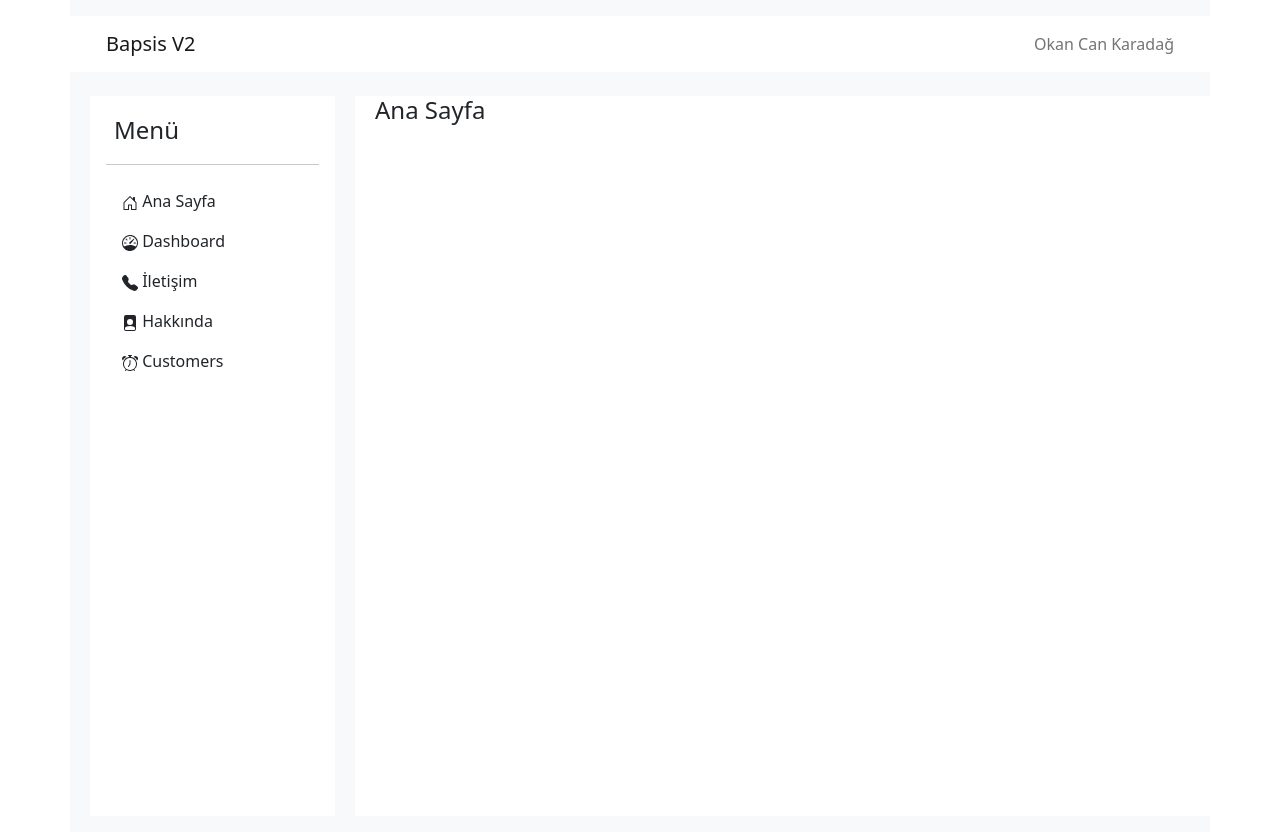
Repository: okankrdg/ReactCoreTemplate
Page: / (app in ReactCoreTemplate/client/)
The author's editor kept a copy of each file at every save. The page is drawn from the files as they stood at one save, then again after the next save.
The browser window is 1280 px wide. The pictures show the whole page.
The project was rebuilt for these pictures with package versions that can differ from the ones it lists, and the page was loaded fresh each time. Also part of the build but not shown: ReactCoreTemplate/client/src/App.css.

Above is the page before, as saved 2021-09-06 23:31:59.

### ReactCoreTemplate/client/src/App.js
import "./App.css";
import Layout from "./components/Layout";
import { Route, Switch } from "react-router-dom";
import { About, Dashboard, Home, Contact } from "./Pages/NavLinkComps";
function App() {
  return (
    <Layout>
      <div className="col-md-9 bg-white mx-2">
        <Switch>
          <Route path="/about">
            <About />
          </Route>
          <Route path="/dashboard">
            <Dashboard />
          </Route>
          <Route exact path="/">
            <Home />
          </Route>
          <Route path="/contact">
            <Contact />
          </Route>
        </Switch>
      </div>
    </Layout>
  );
}

export default App;

### ReactCoreTemplate/client/src/components/Layout.js
import Header from "./Header";
import NavigationMenu from "./NavigationMenu";
import "../dist/bootstrap/bootstrap.min.css";
const Layout = ({ children }) => {
  return (
    <div className="container">
      <div className="row py-3" style={{ backgroundColor: "#f8f9fa" }}>
        <Header />
        <div className="col-3">
          <div className="sticky-top">
            <NavigationMenu />
          </div>
        </div>
        <div className="col bg-white">{children}</div>
      </div>
    </div>
  );
};
export default Layout;

### ReactCoreTemplate/client/src/Pages/NavLinkComps.js
const Home = () => {
  return <h4>Ana Sayfa</h4>;
};
const Dashboard = () => {
  return <h4>Dashboard</h4>;
};
const About = () => {
  return <h4>Hakkında</h4>;
};
const Contact = () => {
  return <h4>İletişim</h4>;
};
export { Home, Dashboard, About, Contact };

### ReactCoreTemplate/client/src/components/Header.js
import { Navbar, Container } from "react-bootstrap";
const Header = () => {
  return (
    <Navbar className="mb-4 bg-white">
      <Container fluid>
        <Navbar.Brand href="#home">Bapsis V2</Navbar.Brand>
        <Navbar.Toggle />
        <Navbar.Collapse className="justify-content-end">
          <Navbar.Text>Okan Can Karadağ</Navbar.Text>
        </Navbar.Collapse>
      </Container>
    </Navbar>
  );
};
export default Header;

### ReactCoreTemplate/client/src/components/NavigationMenu.js
import * as Icon from "react-bootstrap-icons";
import { Link } from "react-router-dom";
const NavigationMenu = () => {
  return (
    <div className="d-flex flex-column p-3 bg-white mx-2 vh-100">
      <a
        href="/"
        className="d-flex align-items-center mx-2 link-dark text-decoration-none"
      >
        <span className="fs-4">Menü</span>
      </a>
      <hr></hr>
      <ul className="nav nav-pills flex-column mb-auto">
        <li className="nav-item">
          <Link to="/" className="text-decoration-none">
            <button className="nav-link link-dark">
              <Icon.HouseDoor /> Ana Sayfa
            </button>
          </Link>
        </li>
        <li>
          <Link to="/dashboard" className="text-decoration-none">
            <button className="nav-link link-dark">
              <Icon.Speedometer /> Dashboard
            </button>
          </Link>
        </li>
        <li>
          <Link to="/contact" className="text-decoration-none">
            <button className="nav-link link-dark">
              <Icon.TelephoneFill /> İletişim
            </button>
          </Link>
        </li>
        <li>
          <Link to="/about" className="text-decoration-none">
            <button className="nav-link link-dark">
              <Icon.FilePersonFill /> Hakkında
            </button>
          </Link>
        </li>
        <li>
          <Link to="/" className="text-decoration-none">
            <button className="nav-link link-dark">
              <Icon.Alarm /> Customers
            </button>
          </Link>
        </li>
      </ul>
    </div>
  );
};
export default NavigationMenu;

Loaded but not shown: ReactCoreTemplate/client/public/index.html (common file); ReactCoreTemplate/client/src/index.js (common file); ReactCoreTemplate/client/src/index.css (common file); ReactCoreTemplate/client/src/dist/bootstrap/bootstrap.min.css (library); ReactCoreTemplate/client/src/App.css (no copy from this time; the picture is the same without it)

After the next save:
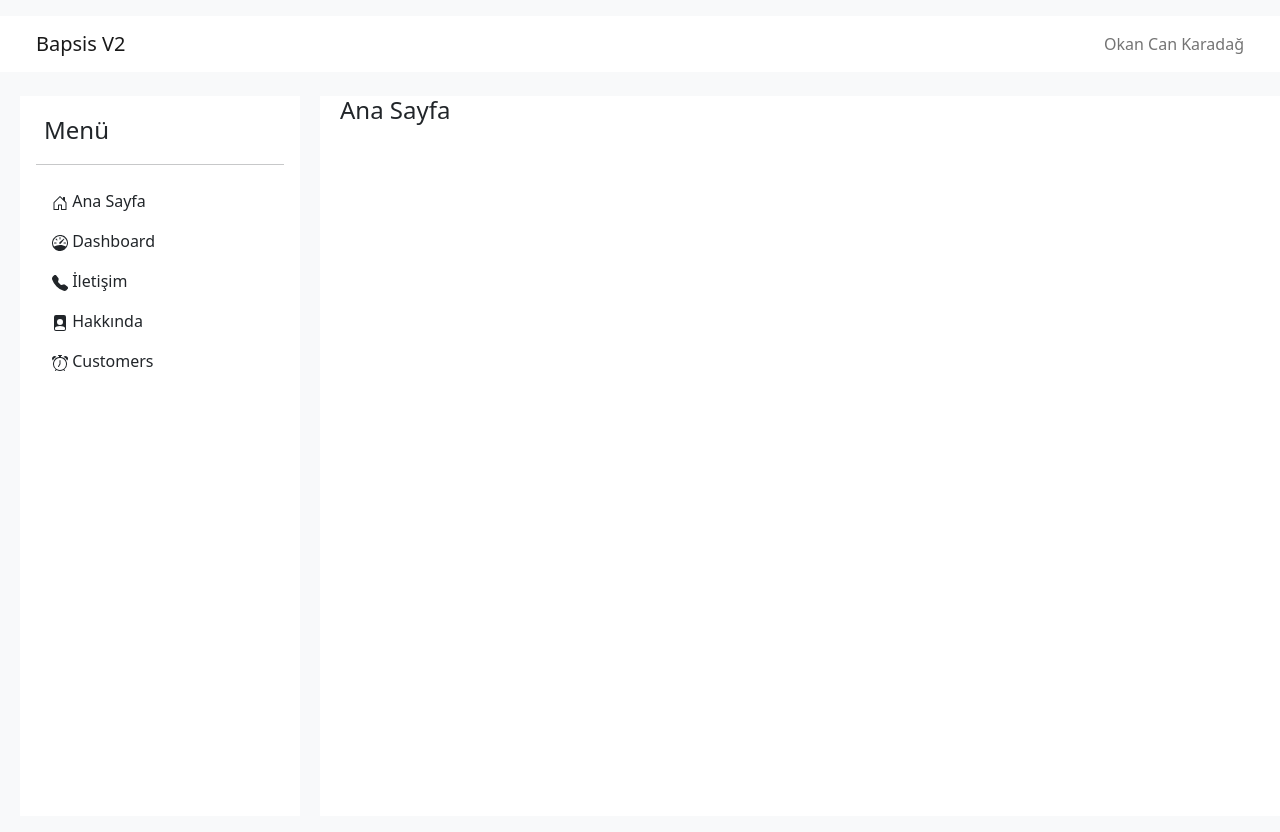
Saved 2 min 54 s later.
--- a/ReactCoreTemplate/client/src/components/Layout.js
+++ b/ReactCoreTemplate/client/src/components/Layout.js
@@ -3,7 +3,7 @@ import NavigationMenu from "./NavigationMenu";
 import "../dist/bootstrap/bootstrap.min.css";
 const Layout = ({ children }) => {
   return (
-    <div className="container">
+    <div className="container-fluid">
       <div className="row py-3" style={{ backgroundColor: "#f8f9fa" }}>
         <Header />
         <div className="col-3">
